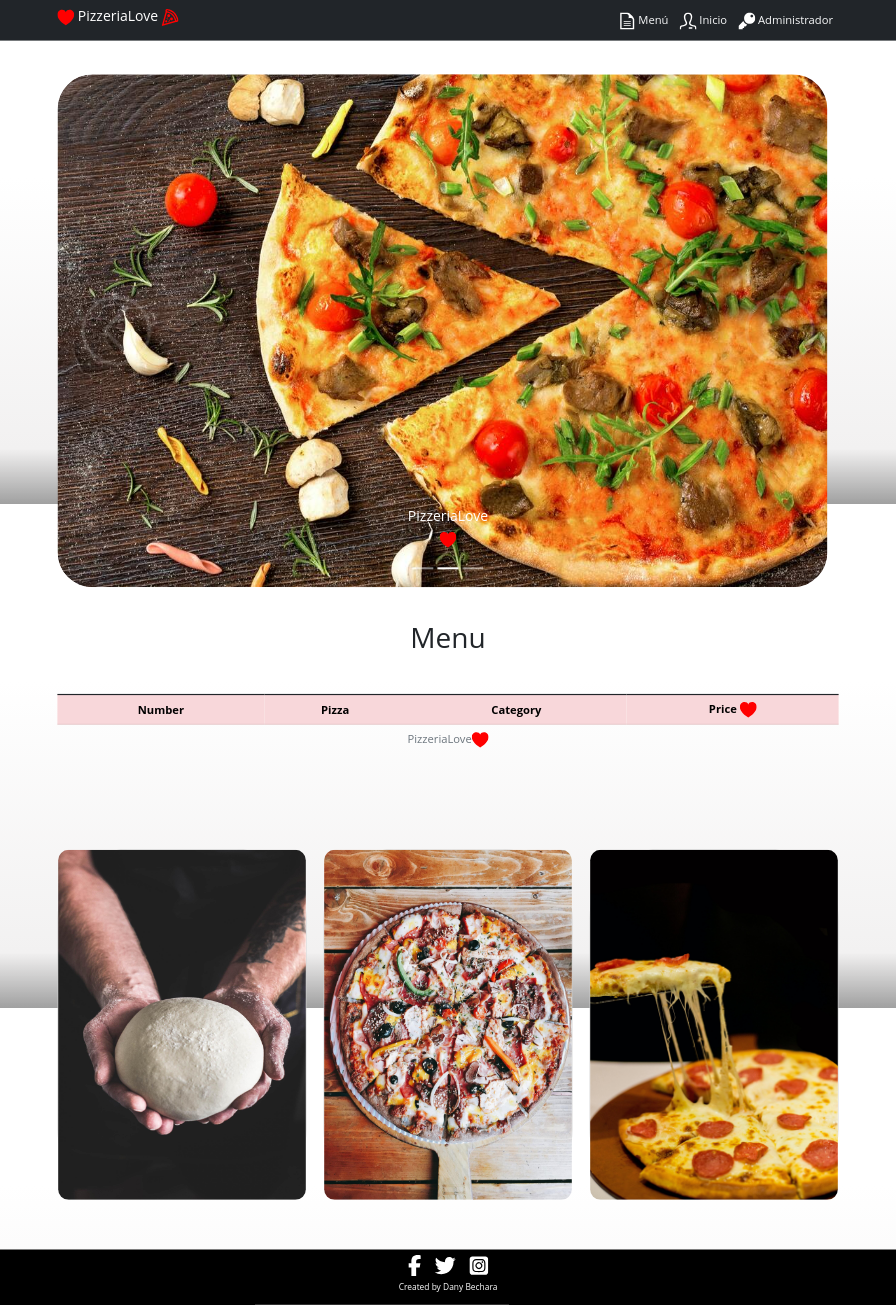
Repository: bechara611/PizzeriaLove
Page: /
The author's editor kept a copy of each file at every save. The page is drawn from the files as they stood at one save, then again after a run of saves.
The browser window is 1280 px wide. The pictures show the whole page, at 70% of full size.
The page's requests for data from a server got no answer. Backgrounds fixed to the window are drawn as part of the page. The project was rebuilt for these pictures with package versions that can differ from the ones it lists, and the page was loaded fresh each time. No one was signed in, and anything a server would have sent is missing. Also part of the build but not shown: src/App.css, src/App.js, src/Componentes/FormularioAgregarMenu.css, src/Elementos/Alerta.js, src/Elementos/AlertaRed.js, src/Componentes/FormularioAgregarMenu.js.

Above is the page before, as saved 2022-02-25 22:31:21.

### src/index.js
import React,{useState} from 'react';
import ReactDOM from 'react-dom';
import './index.css';
import 'bootstrap/dist/css/bootstrap.css'
import 'bootstrap/dist/js/bootstrap.bundle.min';
import Header from './Componentes/Header';
import {BrowserRouter,Route, Routes,NavLink} from 'react-router-dom'
import {App,App2} from './App';
import WebFont from 'webfontloader'
import './index.css'
import Carousel from './Componentes/Carousel';
import Menu from './Componentes/Menu';
import Footer from './Componentes/Footer';
import { FormularioAgregarMenu } from './Componentes/FormularioAgregarMenu';
import Galeria from './Componentes/Galeria';

WebFont.load({
  google: {
    families: ['Open Sans:400,500,700', 'Sans-serif']
  }
});

const Index = () => {
  const [administrador,cambiaradministrador]=useState(false);
  const [admin,cambiaradmin]=useState('');
  return (
  <BrowserRouter>
     <Header administrador={administrador} cambiaradministrador={cambiaradministrador} cambiaradmin={cambiaradmin} admin={admin}></Header>
   {admin==='admin' ? <h2 className='my-5 tittle text-dark text-center'>ADMIN</h2>:<></>}
     <Carousel></Carousel>

    <Routes>
    <Route path='/' element={<Menu borrar={false} />} ></Route>
    <Route path='/administrador' element={<FormularioAgregarMenu />} ></Route>
    <Route path='/inicio' element={<Menu borrar={false} />} ></Route>
    </Routes>


    <Footer></Footer>
    </BrowserRouter>
    );
}


ReactDOM.render(

  <Index />,
  document.getElementById('root')
);

### src/index.css
* {
  margin: 0;
  font-family:'Open Sans';
  /* Permalink - use to edit and share this gradient: https://colorzilla.com/gradient-editor/#ffffff+0,ffffff+100&1+0,0+100;White+to+Transparent */



}


body
{
  background: rgb(255,255,255);
  background: linear-gradient(180deg, rgba(255,255,255,1) 0%, rgba(255,255,255,1) 35%, rgba(242,241,241,1) 89%, rgba(10,10,10,0.38699229691876746) 100%);

  background-attachment:fixed;
}

### src/Componentes/Header.js
import {NavLink} from 'react-router-dom'
import styled from 'styled-components';
import { BotonTipoNavLink,BotonTipoNavLinkA } from '../Elementos/BotonTipoNavLink';
import {Pizza2,Administrador2,Inicio2,Menu2,Contacto2,Heart2}from '../Elementos/ImagenesSVG';
import {App,App2} from './../App';
import './Header.css'


const Header = ({cambiaradministrador,administrador,cambiaradmin}) => {
    let url1,urladmin;
    url1="/inicio";
    urladmin='/administrador'
      return (
        <>

        <nav className="navbar navbar-expand-sm navbar-dark bg-dark  header_nav">
        <div className="container contenedor1 ">
        <div className='hijo1_header'>
         <BotonTipoNavLink to={url1} className="navbar-brand"> <Heart2 / > PizzeriaLove <Pizza2></Pizza2></BotonTipoNavLink>



        </div>
      <div className='hijo2_header'>
        <button
        className="navbar-toggler mt-2"
        type="button"
        data-bs-toggle="collapse"
        data-bs-target="#menu"
        aria-controls="menu"
        aria-expanded="false"
        aria-label="Mostrar / Ocultar Menu"
      >
        <span className="navbar-toggler-icon"></span>
      </button>

      <div className="collapse navbar-collapse" id="menu">
      <ul className="navbar-nav me-auto mb-2 mb-lg-0 header_menu">
      <li className="nav-item opcion"><a href="#menuu" className="nav-link text-light  opcion" onClick={()=>{cambiaradmin('usuario')}}><Menu2></Menu2> Menú</a></li>
        <li className="nav-item"><BotonTipoNavLinkA to={url1} className="nav-link text-light" onClick={()=>{cambiaradmin('usuario')}}><Inicio2/> Inicio</BotonTipoNavLinkA></li>
        <li className="nav-item"><BotonTipoNavLink to={urladmin} className="nav-link text-light" onClick={()=>{cambiaradmin('admin')}}> <Administrador2 /> Administrador</BotonTipoNavLink></li>
      </ul>

    </div>
    </div>
        </div>

      </nav>

      </>
       );
    }

    export default Header;

### src/Componentes/Carousel.js
import { Heart2 } from '../Elementos/ImagenesSVG'
import imagen1 from './../Imagenes/carousel1.jpg'
import imagen2 from './../Imagenes/carousel2.jpg'
import imagen3 from './../Imagenes/carousel3.jpg'
import './Carousel.css'
const Carousel = () => {
    return (

        <>
<section className="main">
  <div className="container">
    <div className="row mt-5">
      <div className="col">
        <div className="carousel slide carousel-fade" id="mi-carousel" data-bs-ride="carousel">
          <div className="carousel-inner">
            <div className="carousel-item active">
            <div className="carousel-caption">
            <h5>PizzeriaLove</h5>
            <p><Heart2></Heart2></p>
          </div>
              <img className="img-fluid" src={imagen1} alt='' />
            </div>

            <div className="carousel-item" data-bs-interval="5000">
              <div className="carousel-caption">
                <h5>PizzeriaLove</h5>
                <p><Heart2></Heart2></p>
              </div>
              <img className="img-fluid" src={imagen2}  alt=''/>
            </div>
            <div className="carousel-item">
            <div className="carousel-caption">
            <h5>PizzeriaLove</h5>
            <p><Heart2></Heart2></p>
          </div>
            <img className="img-fluid" src={imagen3} alt='' />
            </div>
          </div>



          <button
            className="carousel-control-prev botonprev"
            type="button"
            data-bs-target="#mi-carousel"
            data-bs-slide="prev"
          >
            <span className="carousel-control-prev-icon  icono" aria-hidden="true"></span>
            <span className="visually-hidden">Prev</span>
          </button>
          <button
            className="carousel-control-next"
            type="button"
            data-bs-target="#mi-carousel"
            data-bs-slide="next"
          >
            <span className="carousel-control-next-icon icono" aria-hidden="true"></span>
            <span className="visually-hidden">Next</span>
          </button>




          <div className="carousel-indicators">
            <button
              type="button"
              className="active"
              data-bs-target="#mi-carousel"
              data-bs-slide-to="0"
              aria-label="Slide 1"
            ></button>
            <button
              type="button"
              className=""
              data-bs-target="#mi-carousel"
              data-bs-slide-to="1"
              aria-label="Slide 2"
            ></button>
            <button
              type="button"
              className=""
              data-bs-target="#mi-carousel"
              data-bs-slide-to="2"
              aria-label="Slide 3"
            ></button>
          </div>
        </div>
      </div>
    </div>
  </div>

</section>


        </>
     );
}

export default Carousel;

### src/Componentes/Menu.js
import React from 'react'
import { Heart2, Trash2 } from '../Elementos/ImagenesSVG';
import { db } from '../Firebase/FirebaseConfig';
import './Menu.css'
import useObtenerMenu from '../Hooks/useObtenerMenu';
import BorrarDocumento from '../Firebase/Borrar';
import Galeria from './Galeria';

const Menu = ({borrar}) => {
   const [platos,cambiarplatos]=useObtenerMenu();


    return (
        <>
        <div className="container contenedor-tabla">
        <div className="row my-5">

        <div className="col titulo">
        {borrar===true ?   <h1 className=''>Admin, you can delete a plate here:</h1> :    <h1 className=''>Menu</h1>}

        </div>
        </div>
            <div className="row my-5">

             <div className="table-responsive " id='menuu'>
            <table className="table table-hover table" >
            <caption className='captionMenu'>PizzeriaLove<Heart2></Heart2></caption>
             <thead>
             <tr className={borrar===true?'table-success' : 'table-danger'}>
             <th>Number</th>
             <th>Pizza</th>
             <th>Category </th>
             <th>Price <Heart2></Heart2> </th>
             </tr>
             </thead>
             <tbody>
             {
                 platos.map((plato,index)=>{
                     return <React.Fragment key={index}>
                     <tr onClick={()=>{


                     }} >
                     <td>{index +1}</td>
                     <td>{plato.plato}</td>
                     <td>{plato.categorias}</td>
                     {borrar===true ?    <td>{plato.precio}$  <Trash2 onClick={()=>{
                        if (borrar===true) {
                            BorrarDocumento(plato.id)
                         }
                     }}></Trash2> </td> : <td>{plato.precio}</td> }

                     </tr>
                     </React.Fragment>
                 })
             }
             </tbody>
             </table>
            </div>


            </div>
        </div>
        <Galeria></Galeria>
        </>

        )

}

export  default Menu;

### src/Componentes/Footer.js
import styled from "styled-components";
import './Footer.css'
import { FontAwesomeIcon } from '@fortawesome/react-fontawesome'
import { faCoffee } from '@fortawesome/free-solid-svg-icons'
import {  faFacebookF,faInstagramSquare,faTwitter } from '@fortawesome/free-brands-svg-icons';
import useObtenerMenu from "../Hooks/useObtenerMenu";


const Footer = () => {
    let face='https://www.facebook.com';
    let insta='https://www.instagram.com';
    let twitter='https://www.twitter.com';
    let nuevaPestana="_blank"

    return (
        <>
        <div className="container-fluid " >
        <div className="row fila">
        <footer className="col-12 footer">
        <a href={face} target={nuevaPestana} className='face'><FontAwesomeIcon icon={faFacebookF}/></a>
        <a href={twitter} target={nuevaPestana} className='twitter'><FontAwesomeIcon icon={faTwitter}/></a>
        <a href={insta} target={nuevaPestana} className='instagram'><FontAwesomeIcon icon={faInstagramSquare}/></a>

        </footer>
        <p className="col-12">Created by Dany Bechara</p>
        </div>
        </div>
        </>
     );
}

export default Footer;

### src/Componentes/Galeria.js
import React from 'react';
import './Galeria.css'
import  Pizza1 from './../Imagenes/Pizza1.jpg'
import  Pizza2 from './../Imagenes/Pizza2.jpg'
import  Pizza3 from './../Imagenes/Pizza3.jpg'
import  Pizza4 from './../Imagenes/Pizza4.jpg'
import  Pizza5 from './../Imagenes/Pizza5.jpg'
import  Pizza6 from './../Imagenes/Pizza6.jpg'
import  Pizza7 from './../Imagenes/Pizza7.jpg'
import  Pizza8 from './../Imagenes/Pizza8.jpg'
import {ReactComponent as Menu} from './../Imagenes/Menu.svg'
const Galeria = () => {
    return (

        <>
        <div className="container   py-5">
    <div className="row my-4 ">
        <div className="col-lg-4">
            <div className="card cardcita">
           < img src={Pizza5} alt="" className=" cardcitaImagen"></img>
            </div>
        </div>
        <div className="col-lg-4">
            <div className="card cardcita">
           < img src={Pizza3} alt="" className="cardcitaImagen"></img>
            </div>
        </div>
        <div className="col-lg-4">
            <div className="card cardcita">
           < img src={Pizza2} alt="" className="cardcitaImagen"></img>
            </div>
        </div>
    </div>


        </div>
        </>
     );
}

export default Galeria;

### src/Elementos/BotonTipoNavLink.js
import styled from "styled-components"
import { NavLink } from "react-router-dom"
    const BotonTipoNavLink = styled(NavLink)`
    &:hover
    {
      text-decoration: underline;
      color: black;
    }
    `

    const BotonTipoNavLinkA=styled(BotonTipoNavLink)`
    text-decoration: none;
      color: black;
      cursor:pointer;
    `
    export {BotonTipoNavLink,BotonTipoNavLinkA}

### src/Elementos/ImagenesSVG.js
import styledComponents from 'styled-components';
import {ReactComponent as Pizza} from './../Imagenes/Pizza.svg'
import {ReactComponent as Inicio} from './../Imagenes/Inicio.svg'
import {ReactComponent as Menu} from './../Imagenes/Menu.svg'
import {ReactComponent as Administrador} from './../Imagenes/Administrador.svg'
import {ReactComponent as Contacto} from './../Imagenes/Contacto.svg'
import {ReactComponent as Heart} from './../Imagenes/Heart.svg'
import {ReactComponent as Trash} from './../Imagenes/Trash.svg'
const Pizza2 = styledComponents(Pizza)`
font-size:10px;
z-index: 1;
color:white;
fill:red;

`;
const Inicio2 = styledComponents(Inicio)`
font-size:10px;
z-index: 1;
color:white;
fill:white;

`;
const Menu2 = styledComponents(Menu)`
font-size:10px;
z-index: 1;
color:white;
fill:white;

`;
const Administrador2 = styledComponents(Administrador)`
font-size:10px;
z-index: 1;
color:white;
fill:white;

`;

const Contacto2 = styledComponents(Contacto)`
font-size:10px;
z-index: 1;
color:white;
fill:white;

`;

const Heart2 = styledComponents(Heart)`
font-size:10px;
z-index: 1;
color:white;
fill:red;

`;

const Trash2=styledComponents(Trash)`
fill:blue;
cursor:pointer;
`

export {Pizza2,Administrador2,Inicio2,Menu2, Contacto2,Heart2,Trash2}

### src/Componentes/Header.css

*{
   box-sizing: border-box;
   margin: 0;
   padding: 0;


}
.header_nav2
{
    /* margin-top: -8px; */
    background: -moz-linear-gradient(top,  rgba(211,126,128,1) 0%, rgba(146,171,207,0) 76%, rgba(134,179,222,0) 90%, rgba(125,185,232,0) 100%); /* FF3.6-15 */
background: -webkit-linear-gradient(top,  rgba(211,126,128,1) 0%,rgba(146,171,207,0) 76%,rgba(134,179,222,0) 90%,rgba(125,185,232,0) 100%); /* Chrome10-25,Safari5.1-6 */
background: linear-gradient(to bottom,  rgba(211,126,128,1) 0%,rgba(146,171,207,0) 76%,rgba(134,179,222,0) 90%,rgba(125,185,232,0) 100%); /* W3C, IE10+, FF16+, Chrome26+, Opera12+, Safari7+ */
filter: progid:DXImageTransform.Microsoft.gradient( startColorstr='#d37e80', endColorstr='#007db9e8',GradientType=0 ); /* IE6-9 */


}
body
{
    /* background: url(./../Imagenes/textura.png);
	background-repeat: repeat;
	background-attachment: fixed; */
}

.nav
{


}

.contenedor12
{

    /* min-height: 300px;  */
}

.hijo1_header
{
    align-self: start;
    /* margin-top: 2%; */

}
.hijo2_header
{
    /* margin-top: 2%; */
    align-self: start;
}
.header_menu
{

}

.opcion
{
text-decoration: dotted;
display: inline-block;
opacity: 1;

}



.opcion:hover
{
    text-decoration: underline;
}

.opcion:link
{
color: green;
}

### src/Componentes/Carousel.css
.carousel-inner{border-radius: 50px;}
.carousel-item{border-radius: 50px;}
.img-fluid{border-radius: 50px;}
.icono {
    height: 100px;
    width: 100px;

      /*shape border*/
      border: 5px solid white;
      border-radius: 50%; /*zero for square */
      opacity: 0.3;
      /*symbol */
      color: BLACK;



}
.icono:hover{opacity: 1;}

### src/Firebase/FirebaseConfig.js
import { initializeApp } from "firebase/app";
import { getAnalytics } from "firebase/analytics";
import { getFirestore } from "firebase/firestore";
import { getAuth, createUserWithEmailAndPassword } from "firebase/auth";

const firebaseConfig2 = {
    apiKey: "AIzaSyDhYuWK_8Uy4S-BtkFmFfityIjQnt4M3Is",
    authDomain: "pizzerialove-00.firebaseapp.com",
    projectId: "pizzerialove-00",
    storageBucket: "pizzerialove-00.appspot.com",
    messagingSenderId: "356504995914",
    appId: "1:356504995914:web:c5fee404edbf5f32affeb3",
    measurementId: "G-CK1N9HMEKD"
  };


    const firebaseConfig = {
      apiKey:process.env.REACT_APP_FIREBASE_API_KEY,
      authDomain:process.env.REACT_APP_FIREBASE_AUTH_DOMAIN,
      projectId:process.env.REACT_APP_FIREBASE_PROJECT_ID,
      storageBucket:process.env.REACT_APP_FIREBASE_STORAGE_BUCKET,
      messagingSenderId:process.env.REACT_APP_FIREBASE_MESSAGING_SENDER_ID,
      appId:process.env.REACT_APP_FIREBASE_APP_ID,
      measurementId:process.env.REACT_APP_FIREBASE_MEASUREMENT_ID
    };



// Initialize Firebase
const app = initializeApp(firebaseConfig);
const analytics = getAnalytics(app);
const db= getFirestore();
const auth=getAuth();

export {app,analytics,db,auth};

### src/Componentes/Menu.css
.captionMenu
{
    text-align: center;
}

.titulo{text-align: center;}

td{text-align: center;}
th{text-align: center;}

.basurita{background: black;}

.table-responsive{




    }

### src/Hooks/useObtenerMenu.js
import React,{useEffect,useState} from 'react'
import { db } from '../Firebase/FirebaseConfig';
import { collection,onSnapshot } from 'firebase/firestore';

const useObtenerMenu = () => {
    const [platos,cambiarplatos]=useState([{}])
    useEffect(()=>{

            const FuncionObtenerMenu=onSnapshot(collection(db,'menu'), (snapShot)=>{

               let vectormenu=snapShot.docs.map((documento)=>{
                  // console.log(documento.id)
                    return {...documento.data(),id:documento.id}
                })
              //  console.log(vectormenu);
              cambiarplatos([{}])
                cambiarplatos(vectormenu)
            })




            return FuncionObtenerMenu;
          },[])
          return [platos,cambiarplatos]
}

export default useObtenerMenu;

### src/Firebase/Borrar.js
import { db,app } from './FirebaseConfig'
import {doc,deleteDoc, } from 'firebase/firestore'
const BorrarDocumento =async (id) => {
  try {
  await deleteDoc(doc(db,'menu',id));

   } catch (error) {
    console.log(error)
   }

}

export default BorrarDocumento;

### src/Componentes/Footer.css
.footer
{
    display: flex;
    flex-direction: row;
    justify-content: center;

}
.fila
{
    display: flex;
    justify-content: center;
    text-align: center;
    background: black;
    font-size: 12px;
}
.fila p
{

color: white;
}
.footer a{
    text-decoration: none;
font-size: 30px;
display: inline-block;
color: white;
margin: 0 10px;
}
.face:hover{color: blue;}
.twitter:hover{color: lightblue;}
.instagram:hover{color:#fcaf45}

### src/Componentes/Galeria.css
.cardcita{
   border-radius: 100px;
   max-height: 500px;
   min-height: 500px;

}

.cardcitaImagen
{
    border-radius: 15px;
    max-height: 500px;
   min-height: 500px;

}
.fila
{


}

Loaded but not shown: public/index.html (common file)

After the next 2 saves:
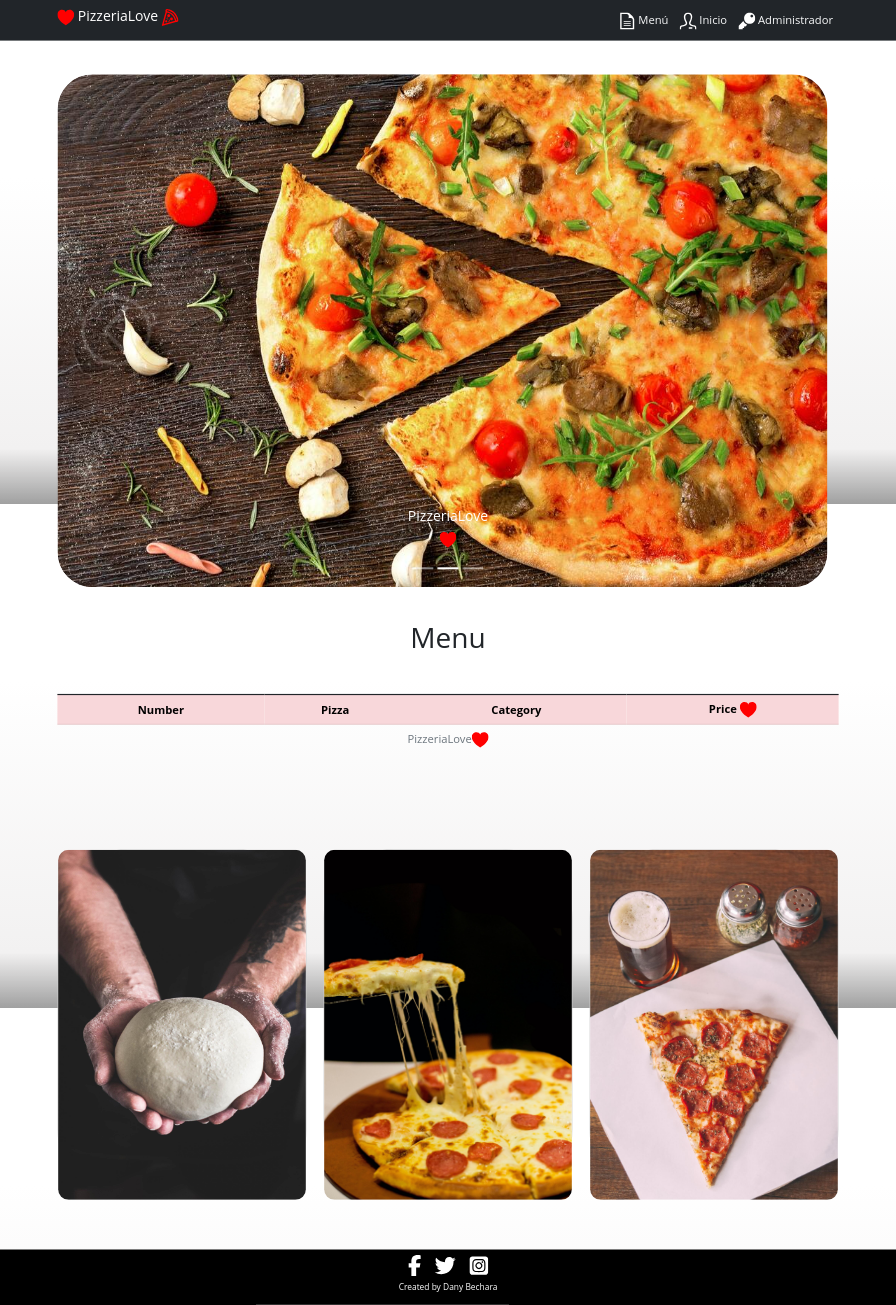
The 2 saves are shown as one change because they came seconds apart.
The last was saved 16 s later.
--- a/src/Componentes/Galeria.js
+++ b/src/Componentes/Galeria.js
@@ -22,12 +22,12 @@ const Galeria = () => {
         </div>
         <div className="col-lg-4">
             <div className="card cardcita">
-           < img src={Pizza3} alt="" className="cardcitaImagen"></img>
+           < img src={Pizza2} alt="" className="cardcitaImagen"></img>
             </div>
         </div>
         <div className="col-lg-4">
             <div className="card cardcita">
-           < img src={Pizza2} alt="" className="cardcitaImagen"></img>
+           < img src={Pizza8} alt="" className="cardcitaImagen"></img>
             </div>
         </div>
     </div>
